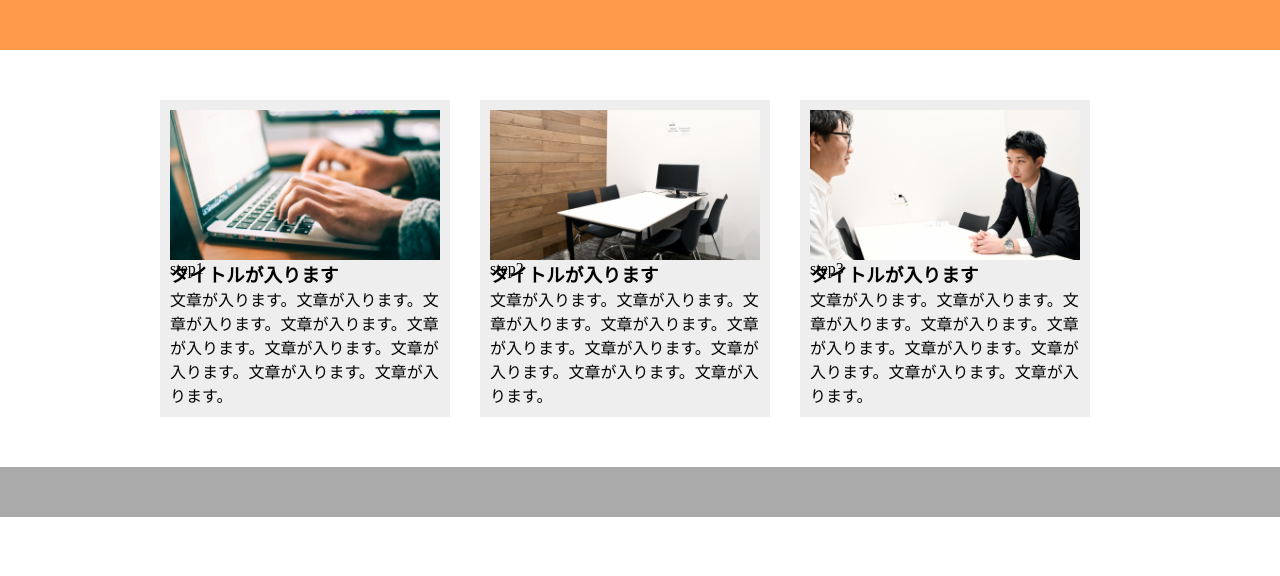
Repository: yuu2310/dmm-webcamp
Page: chapter9_exericise/index.html
The author's editor kept a record of every edit. The page is drawn from the files as they stood at one moment, then again after the next edit.
The browser window is 1280 px wide. The pictures show the whole page.
Some web libraries are served in a nearby version.

Above is the page before.

After the next edit:
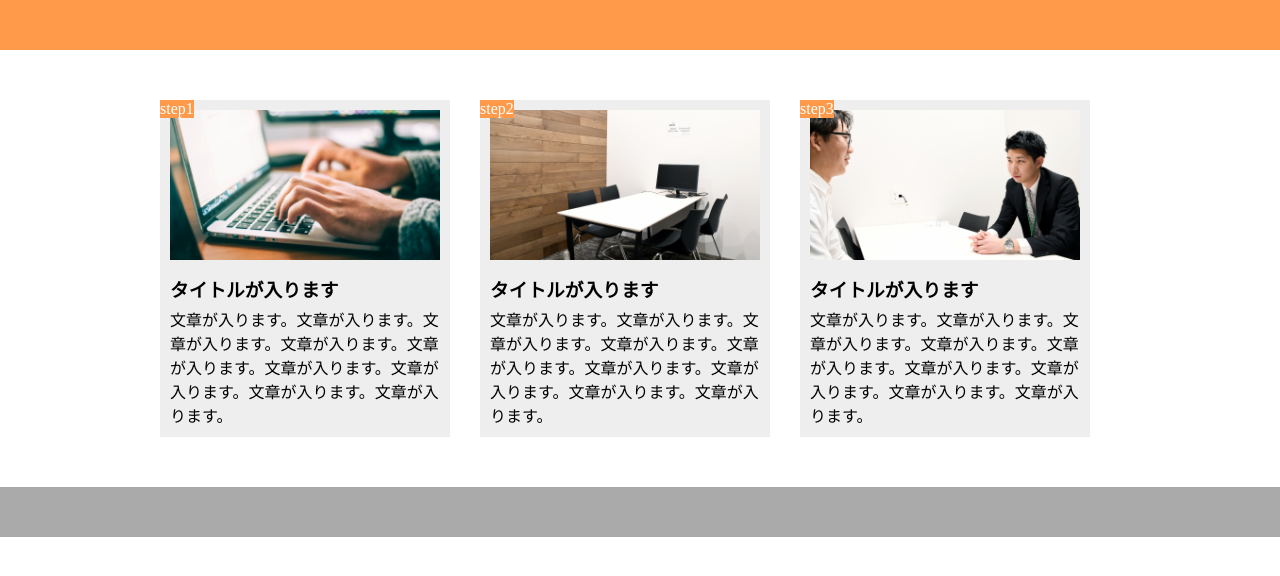
The edit:
--- a/chapter9_exericise/style.css
+++ b/chapter9_exericise/style.css
@@ -57,6 +57,14 @@
 
 .step-num {
   position: absolute;
+  top: 0;
+  left: 0;
+  background-color: #ff9a4b;
+  color: #ffffff;
+}
+
+.title {
+  margin: 15px 0 5px 0;
 }
 
 footer {
